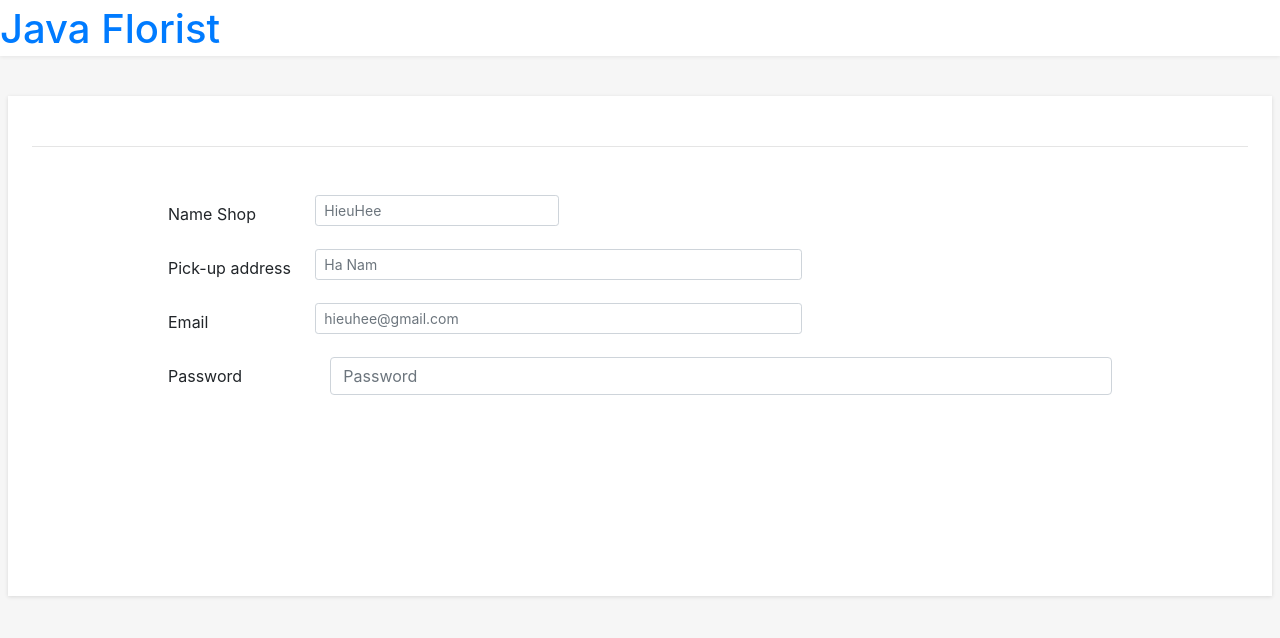
Repository: hienttm/flower-java-florist
Page: JavaFlorist/JavaFlorist/wwwroot/BecomePartner/index.html
These files come from the project's save history. The page is drawn as it stood at one moment and after a run of saves; the edit follows.
The browser window is 1280 px wide. The pictures show the whole page.
Some web libraries are served in a nearby version.

Above is the page before, as saved 2023-12-29 17:58:38.

### JavaFlorist/JavaFlorist/wwwroot/BecomePartner/index.html
<!DOCTYPE html>
<html lang="en">
<head>
    <meta charset="UTF-8">
    <meta name="viewport" content="width=device-width, initial-scale=1.0">
    <title>Document</title>
        <!-- Google Web Fonts -->
        <link rel="preconnect" href="https://fonts.googleapis.com">
        <link rel="preconnect" href="https://fonts.gstatic.com" crossorigin>
        <link href="https://fonts.googleapis.com/css2?family=Open+Sans:wght@400;600&family=Raleway:wght@600;800&display=swap" rel="stylesheet">

        <!-- Icon Font Stylesheet -->
        <link rel="stylesheet" href="https://use.fontawesome.com/releases/v5.15.4/css/all.css" />
        <link href="https://cdn.jsdelivr.net/npm/bootstrap-icons@1.4.1/font/bootstrap-icons.css" rel="stylesheet">

            <!-- Customized Bootstrap Stylesheet -->
            <link rel="stylesheet" href="https://cdn.jsdelivr.net/npm/bootstrap@4.0.0/dist/css/bootstrap.min.css" integrity="sha384-Gn5384xqQ1aoWXA+058RXPxPg6fy4IWvTNh0E263XmFcJlSAwiGgFAW/dAiS6JXm" crossorigin="anonymous">
        <link rel="stylesheet" href="style/Partner.css">
</head>
<body>
    <!-- Spinner Start -->
    <div class="onboarding-page">
        <div class="header">
            <a asp-action="Index" asp-controller="Home" class="navbar-brand"><h1 class="text-primary display-6"> Java Florist</h1></a>
        </div>
        <div class="onboarding">
            <div class="onboarding-layout__main">
                <div class="onboarding-layout__content onboarding-layout__card">
                    <div class="flow-step-content">
                        <div class="steps-header"></div>
                        <div class="form-input">
                            <form>
                                <div class="form-group row">
                                  <label for="text" class="col-sm-2 col-form-label">Name Shop</label>
                                  <div class="w-25">
                                    <input class="form-control form-control-sm" type="text" placeholder="HieuHee">
                                  </div>
                                </div>
                                <div class="form-group row">
                                  <label for="text" class="col-sm-2 col-form-label">Pick-up address</label>
                                  <div class="w-50">
                                    <input type="text" class="form-control form-control-sm"  placeholder="Ha Nam">
                                  </div>
                                </div>
                                <div class="form-group row">
                                    <label for="Email" class="col-sm-2 col-form-label">Email</label>
                                    <div class="w-50">
                                      <input type="email" class="form-control form-control-sm"  placeholder="hieuhee@gmail.com">
                                    </div>
                                  </div>
                                  <div class="form-group row">
                                    <label for="inputPassword" class="col-sm-2 col-form-label">Password</label>
                                    <div class="col-sm-10">
                                      <input type="password" class="form-control" id="inputPassword" placeholder="Password">
                                    </div>
                                  </div>
                              </form>
                        </div>
                    </div>

                </div>
            </div>
        </div>
    </div>


        <!-- JavaScript Libraries -->
        <script src="https://ajax.googleapis.com/ajax/libs/jquery/3.6.4/jquery.min.js"></script>
        <script src="https://cdn.jsdelivr.net/npm/bootstrap@5.0.0/dist/js/bootstrap.bundle.min.js"></script>
</body>
</html>

### JavaFlorist/JavaFlorist/wwwroot/BecomePartner/style/Partner.css
*,
*:before,
*:after {
  box-sizing: border-box;
}
* {
  margin: 0;
  padding: 0;
  font: inherit;
}
img,
picture,
svg,
video {
  display: block;
  max-width: 100%;
}
input,
select,
textarea {
  background-color: transparent;
  outline: none;
}
button {
  cursor: pointer;
  background-color: transparent;
  outline: none;
  border: 0;
}
body {
  min-height: 100vh;
  font-weight: 400;
  font-size: 16px;
  line-height: 1;
}

.onboarding-page{
    padding-top: 56px;
    min-width: 1264px;
    margin: 0 auto;
}
.header{
    position: fixed;
    top: 0;
    left: 0;
    width: 100%;
    height: 56px;
    box-shadow: 0 1px 4px 0 rgba(0,0,0,.07);
    background-color: #fff;
    z-index: 100001;
}

.navbar-brand{
    color: #CDB4DB !important;
}
.onboarding {
    min-height: calc(100vh - 56px - 40px);
    padding-bottom: 40px;
    background-color: #f6f6f6;
    }

.onboarding-layout__main {
        padding-top: 40px;
}

.onboarding-layout__card {
    width: 1264px;
    margin: 0 auto;
    height: 500px;
    background-color: #fff;
    box-shadow: 0 1px 4px 0 rgba(0,0,0,.12);
    }

    .flow-step-content{
        padding: 50px 24px;
    }
    .steps-header{
        border-bottom: 1px solid #e5e5e5;
    }

    .form-input{
        max-width: 944px;
        margin: 48px auto 40px;
        min-height: 198px;
}

After the next 5 saves:
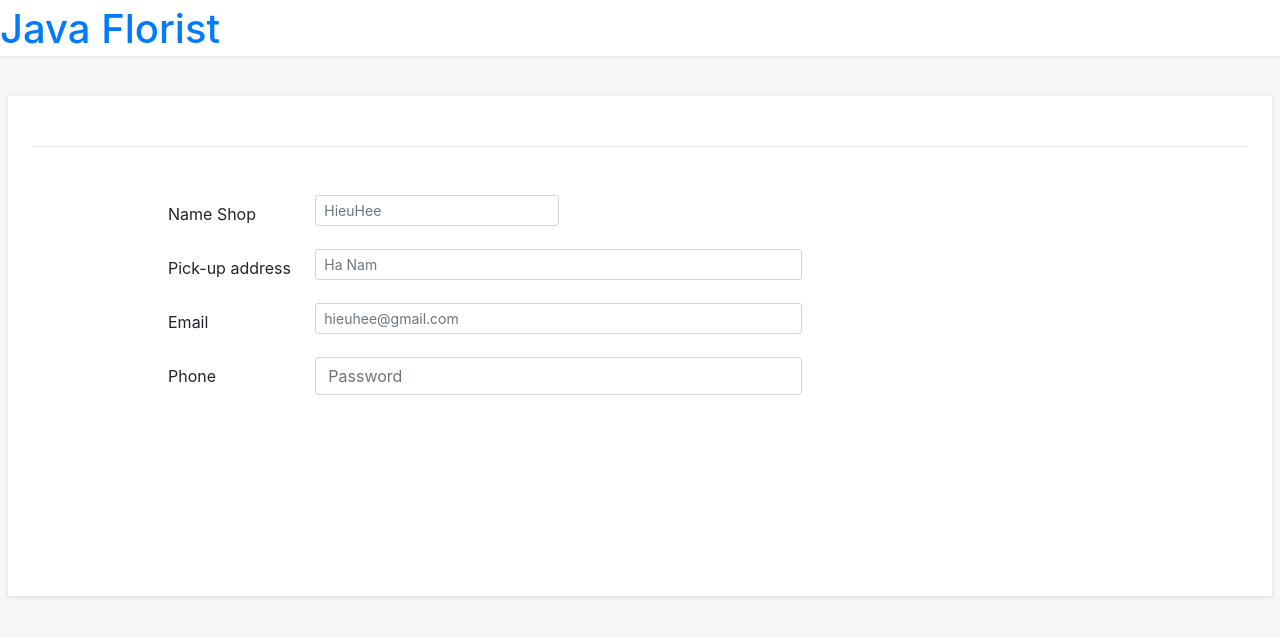
The 5 saves are shown as one change because they came seconds apart.
The last was saved 21 s later.
--- a/JavaFlorist/JavaFlorist/wwwroot/BecomePartner/index.html
+++ b/JavaFlorist/JavaFlorist/wwwroot/BecomePartner/index.html
@@ -49,8 +49,8 @@
                                     </div>
                                   </div>
                                   <div class="form-group row">
-                                    <label for="inputPassword" class="col-sm-2 col-form-label">Password</label>
-                                    <div class="col-sm-10">
+                                    <label for="phone" class="col-sm-2 col-form-label">Phone</label>
+                                    <div class="w-50">
                                       <input type="password" class="form-control" id="inputPassword" placeholder="Password">
                                     </div>
                                   </div>
